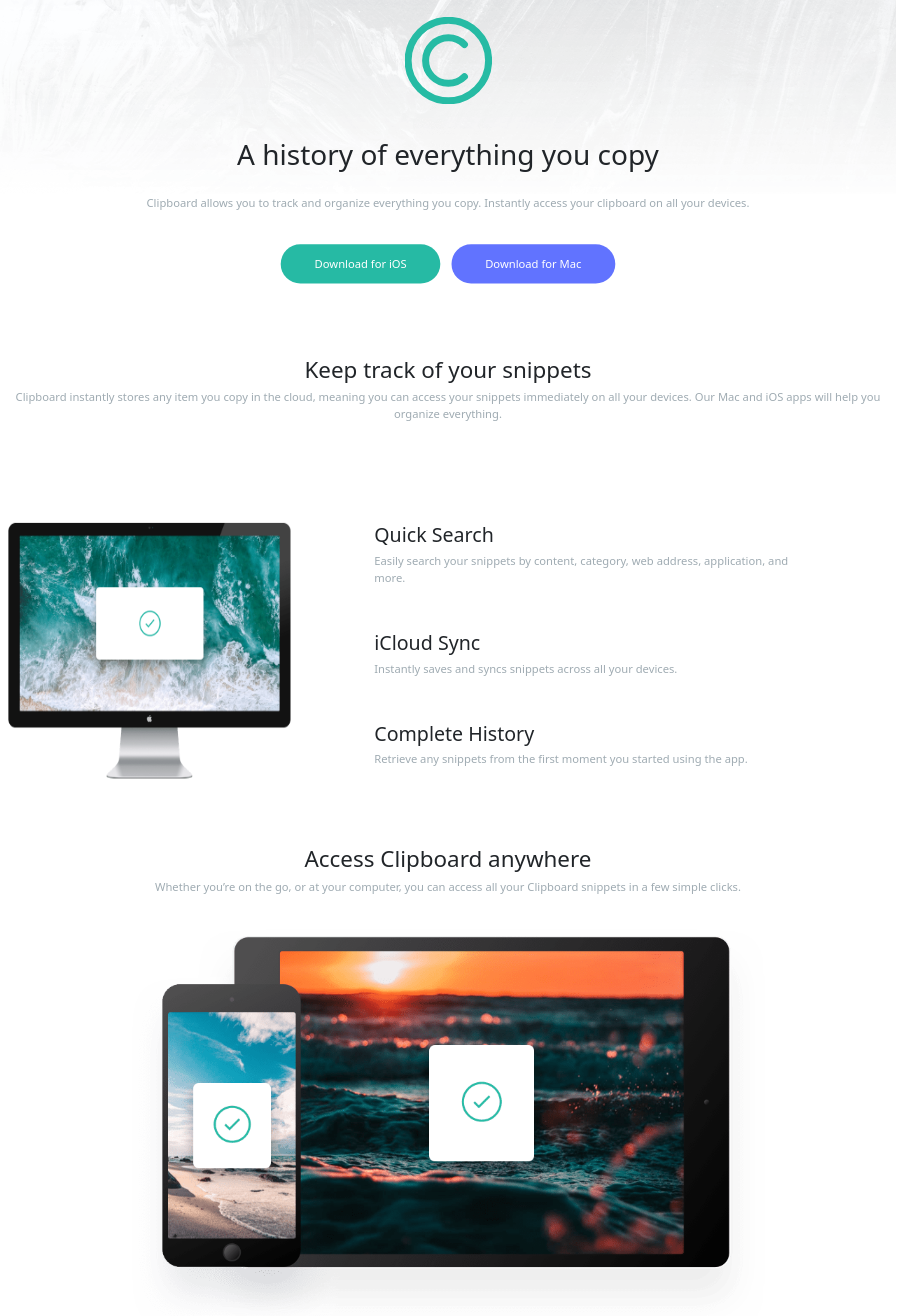
Repository: blordeus/clipboard-landing-page-master
Page: index.html
An editor plug-in stored every save of this project. The page is shown before and after the next save, followed by the edit.
The browser window is 1280 px wide. The page is 1292 px wide, so the pictures cover 1292 px, including what lies to the right of the window. The pictures show the part of the page from y = 0 to 1880 px (the page is 3188 px tall), at 70% of full size.
Some web fonts or font styles are not loaded; a fallback is used. The style sheet was rebuilt from its Sass, Less or Tailwind sources for each picture, by a compiler version that may differ from the author's.

Above is the page before, as saved 2023-09-04 20:02:29.

After the next save:
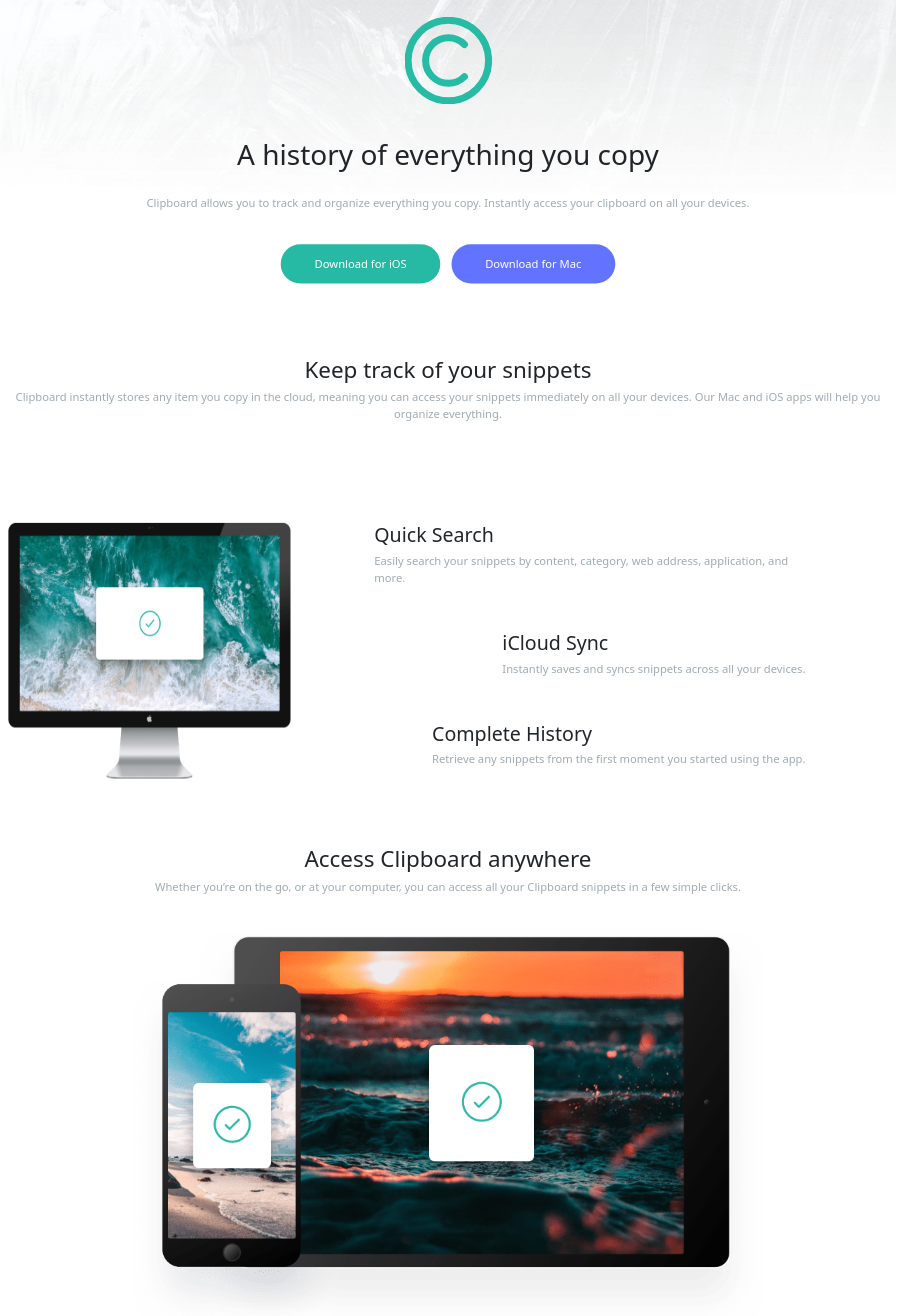
Saved 4 s later.
--- a/index.html
+++ b/index.html
@@ -45,7 +45,7 @@
       <section class="d-grid pb-5 mx-4 gap-5 mx-md-0 d-md-flex row pt-md-5">
         <img class="img-fluid col-md-4" src="./images/image-computer.png" alt="computer">
         <div
-          class="text-md-start ms-md-5 d-md-flex flex-md-column justify-content-md-center align-items-md-start gap-md-5 col-md-6">
+          class="text-md-start ms-md-5 d-md-flex flex-md-column justify-content-md-center align-items-md-end gap-md-5 col-md-6">
           <div>
             <h3>Quick Search</h3>
             <p>Easily search your snippets by content, category, web address,

After the save that followed:
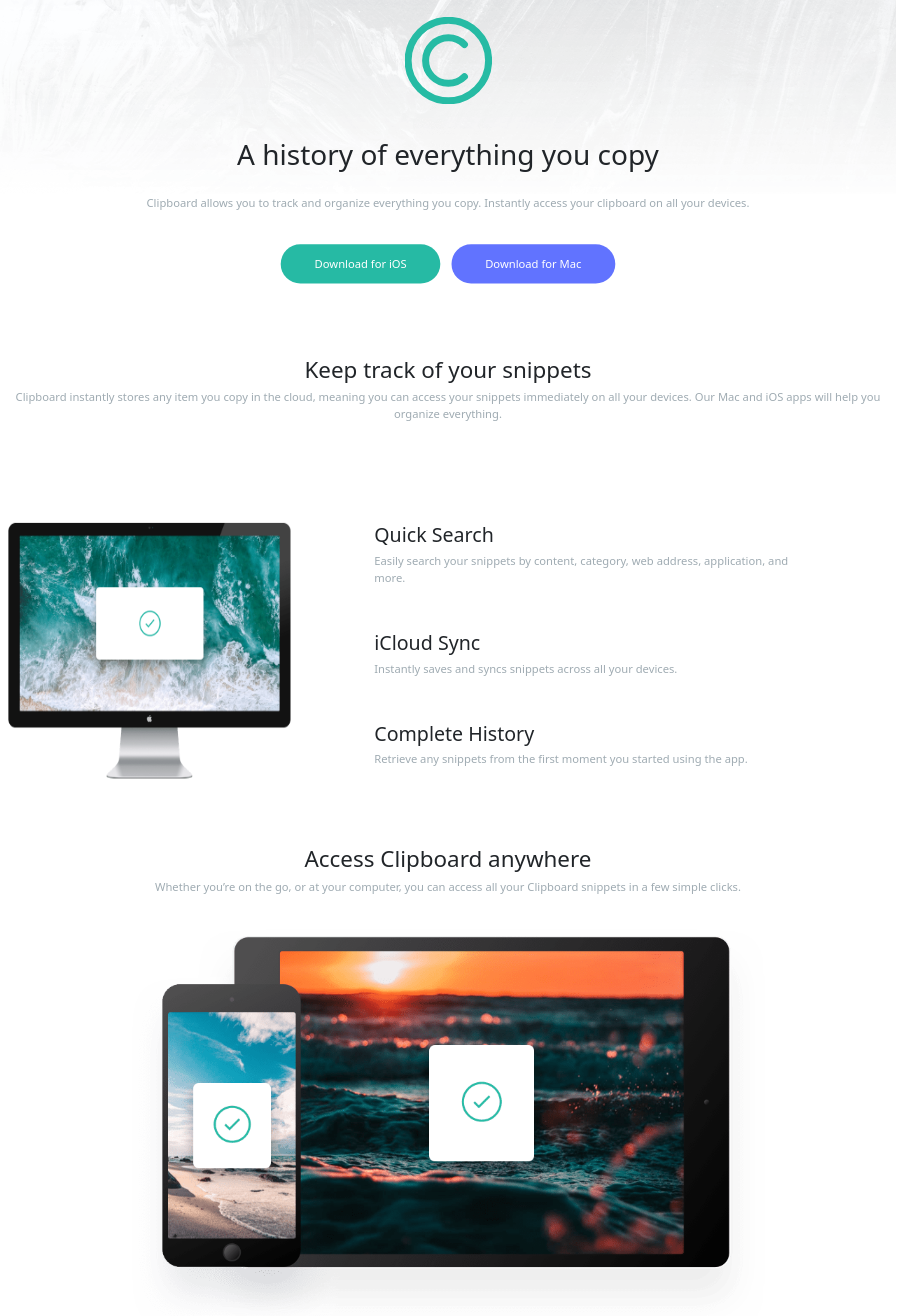
Saved 5 s later.
--- a/index.html
+++ b/index.html
@@ -45,7 +45,7 @@
       <section class="d-grid pb-5 mx-4 gap-5 mx-md-0 d-md-flex row pt-md-5">
         <img class="img-fluid col-md-4" src="./images/image-computer.png" alt="computer">
         <div
-          class="text-md-start ms-md-5 d-md-flex flex-md-column justify-content-md-center align-items-md-end gap-md-5 col-md-6">
+          class="text-md-start ms-md-5 d-md-flex flex-md-column justify-content-md-center align-items-md- gap-md-5 col-md-6">
           <div>
             <h3>Quick Search</h3>
             <p>Easily search your snippets by content, category, web address,
